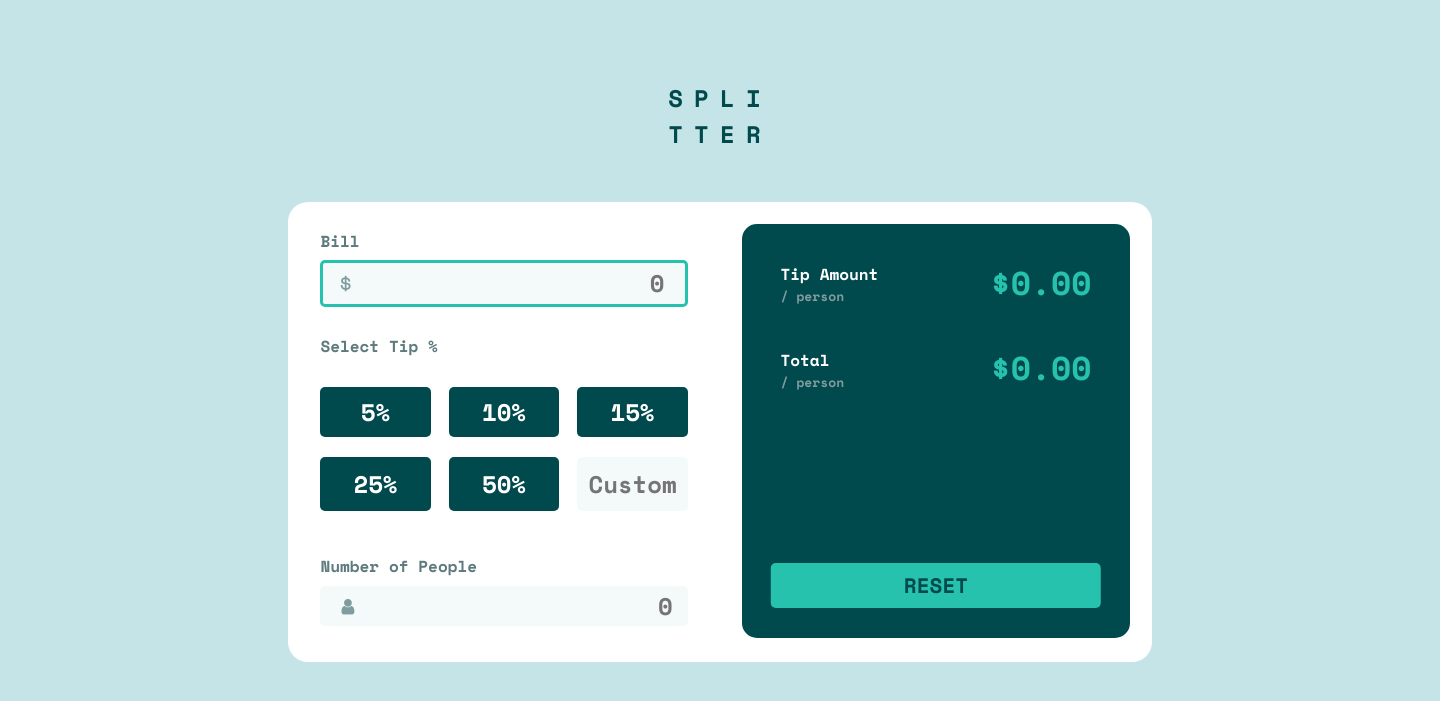
Repository: WindOfCodes/Tip_calculator
Page: index.html
These files come from the project's save history. The page is drawn as it stood at one moment and after the next save; the edit follows.
The browser window is 1440 px wide. The pictures show the whole page.
The pointer rests on the first visible `.billValue`.
The style sheet was rebuilt from its Sass, Less or Tailwind sources for each picture, by a compiler version that may differ from the author's.

Above is the page before, as saved 2023-01-24 14:57:58.

### index.html
<!DOCTYPE html>
<html lang="en">
  <head>
    <meta charset="UTF-8" />
    <meta name="viewport" content="width=device-width, initial-scale=1.0" />

    <link
      rel="icon"
      type="image/png"
      sizes="32x32"
      href="./images/favicon-32x32.png"
    />
    <link rel="preconnect" href="https://fonts.googleapis.com" />
    <link rel="preconnect" href="https://fonts.gstatic.com" crossorigin />
    <link
      href="https://fonts.googleapis.com/css2?family=Space+Mono:wght@400;700&display=swap"
      rel="stylesheet"
    />
    <link rel="stylesheet" href="./src/css/style.min.css" />
    <link rel="stylesheet" href="./fontello-db34ab9f/css/fontello.css" />
    <script type="module" src="./src/js/main.js" async></script>

    <title>Frontend Mentor | Tip calculator app</title>
  </head>
  <body>
    <header class="splitter">
      <h2>spli<br />tter</h2>
    </header>

    <div class="card">
      <div class="whiteBox">
        <div class="billArea">
          <h4>Bill</h4>
          <div class="billValue">$<input placeholder="0" maxlength="20" /></div>
        </div>

        <section class="tipArea">
          <h4>Select Tip %</h4>
          <div class="btnsBox">
            <!-- <input
              type="radio"
              class="tipBtn"
              name="tip"
              value="5"
            /><label>5%</label>
            <input
              type="radio"
              class="tipBtn"
              name="tip"
              value="10"
            /><label>10%</label>
            <input
              type="radio"
              class="tipBtn"
              name="tip"
              value="15"
            /><label>15%</label>
            <input
              type="radio"
              class="tipBtn"
              name="tip"
              value="25"
            /><label>25%</label>
            <input
              type="radio"
              class="tipBtn"
              name="tip"
              value="50"
            /><label>50%</label> -->
            <button class="tipBtn">5%</button>
            <button class="tipBtn">10%</button>
            <button class="tipBtn">15%</button>
            <button class="tipBtn">25%</button>
            <button class="tipBtn">50%</button>
            <input
              class="tipBtn custom"
              id="tipInput"
              name="tip"
              maxlength="5"
              placeholder="Custom"
            />
          </div>
        </section>

        <div class="peopleArea">
          <h4>Number of People</h4>
          <div class="people">
            <i class="icon-user"></i>
            <input class="peopleValue" placeholder="0" maxlength="5" />
          </div>
        </div>
      </div>
      <div class="darkBox">
        <section class="resoultArea">
          <div class="amount">
            <h4>
              Tip Amount
              <span class="prsn">/ person</span>
            </h4>
            <div class="cashBox">
              <span class="price" id="tipForPrsn">$0.00</span>
            </div>
          </div>
          <div class="total">
            <h4>Total<span class="prsn">/ person</span></h4>
            <div class="cashBox">
              <span class="price" id="totalForPrsn">$0.00</span>
            </div>
          </div>
          <div class="reset">Reset</div>
        </section>
      </div>
    </div>

    <!-- <div class="attribution">
    Challenge by <a href="https://www.frontendmentor.io?ref=challenge" target="_blank">Frontend Mentor</a>.
  </div> -->
  </body>
</html>

### fontello-db34ab9f/css/fontello.css
@font-face {
  font-family: 'fontello';
  src: url('../font/fontello.eot?91813416');
  src: url('../font/fontello.eot?91813416#iefix') format('embedded-opentype'),
       url('../font/fontello.woff2?91813416') format('woff2'),
       url('../font/fontello.woff?91813416') format('woff'),
       url('../font/fontello.ttf?91813416') format('truetype'),
       url('../font/fontello.svg?91813416#fontello') format('svg');
  font-weight: normal;
  font-style: normal;
}
/* Chrome hack: SVG is rendered more smooth in Windozze. 100% magic, uncomment if you need it. */
/* Note, that will break hinting! In other OS-es font will be not as sharp as it could be */
/*
@media screen and (-webkit-min-device-pixel-ratio:0) {
  @font-face {
    font-family: 'fontello';
    src: url('../font/fontello.svg?91813416#fontello') format('svg');
  }
}
*/
[class^="icon-"]:before, [class*=" icon-"]:before {
  font-family: "fontello";
  font-style: normal;
  font-weight: normal;
  speak: never;

  display: inline-block;
  text-decoration: inherit;
  width: 1em;
  margin-right: .2em;
  text-align: center;
  /* opacity: .8; */

  /* For safety - reset parent styles, that can break glyph codes*/
  font-variant: normal;
  text-transform: none;

  /* fix buttons height, for twitter bootstrap */
  line-height: 1em;

  /* Animation center compensation - margins should be symmetric */
  /* remove if not needed */
  margin-left: .2em;

  /* you can be more comfortable with increased icons size */
  /* font-size: 120%; */

  /* Font smoothing. That was taken from TWBS */
  -webkit-font-smoothing: antialiased;
  -moz-osx-font-smoothing: grayscale;

  /* Uncomment for 3D effect */
  /* text-shadow: 1px 1px 1px rgba(127, 127, 127, 0.3); */
}

.icon-user:before { content: '\e800'; } /* '' */

### src/js/main.js
// 1. Pobierz wartość rachunku:
//   x a) Pobierz inputa :)
//   x c) sprawdź czy nie jest pusty i pobierz wartosc
//   b) Dodajemy walidacje
// 2.Pobierz wielkosc napiwku w %
//   a) Budujemy buttony na %
//   x b) Pobierz Input na%
//   c) Dodajemy warunek, ze tylko 1 (button/Input) może być zaznaczony
//   d) Zapisujemy wartośc z tipa w zmiennej
//   e) Jeśli w zmiennej jest % z buttona i cos wpiszemy w input to nadpisujemy zmienna
//   f) Automatycznie dodajemy %, a z buttonów zczytujemy tylko wartości.
//   e) Dodajemy walidacje do custom, żeby przyjmowaly tylko numery od 0 do 100
// 3. Pobierz ilośc osób do podziału
//   x a) pobieramy input
//   x c) sprawdź czy nie jest pusty i pobierz wartosc
//   b) Dodajemy walidacje
// 4. Wyświetl total
//   a) Pobierz total
//   b) pobierz tip amount
//   c) Wyświetl wyliczenia
// 5. Pobierz reset button
//   a)dodaj listenera
//   b) dodaj funkcje resetującą.


// Pobierz wartość rachunku (Bill)
// Pobierz wielkośc napiwku w % (Tip)
//  Pobierz ilość osób do podziału (People)

//  Tip Amount / person = Bill * Tip / People
//  Total / person = Bill + (Bill * Tip) / People=

// import {dom} from './dom.js';
// import {logic} from './logic.js';

// const billVal = document.querySelector('.billValue'); //enter bill value space
// const ppl = document.querySelector('.peopleValue'); //number of people
// const tipVal = document.querySelectorAll('.tipBtn'); //select tip value
const resetBtn = document.querySelector('.reset'); //reset
const btns = document.querySelector('.btnsBox'); //div with tip buttons
const personalTip = document.querySelector('.tipInput'); //personal tip
const tipFPrsn = document.querySelector('#tipForPrsn'); //return tip for person
const totalFPrsn = document.querySelector('#totalForPrsn'); //return total for person

let tipForPerson = null;
let totalForPerson = null;
let selectedTip = null;
//***************** */
const billVal = document.querySelector('.billValue');
const billInput= billVal.firstElementChild;
const ppl = document.querySelector('.peopleValue');
const tipVal = document.querySelector('.custom');
let billValue;
let tipValue;
let numberOfPeople;

const handleBillInputValue = (e) => {
    if(e.key === 'Enter'){
        billValue = billInput.value ? billInput.value : 0;
    }
    console.log(billValue)
}

const handleTipInputValue = (e) => {
    if(e.key === 'Enter'){
        tipValue = tipVal.value ? tipVal.value : 0;
    }
    console.log(tipValue)
}

const handleNumberOfPeopleInputValue = (e) => {
    if (e.key === 'Enter') {
        numberOfPeople = ppl.value ? ppl.value : 0;
    }
    console.log(numberOfPeople)
}


const start = () => {
    billInput.addEventListener('keydown', handleBillInputValue);
    tipVal.addEventListener('keydown', handleTipInputValue);
    ppl.addEventListener('keydown', handleNumberOfPeopleInputValue);
}

start();

### src/sass/style.scss
@import "/src/css/normalize.css";
@import "variables";
@import "base";
@import "splitter";
@import "card";

### src/sass/_variables.scss
$Verydarkcyan: hsl(183, 100%, 15%);
$Darkgrayishcyan: hsl(186, 14%, 43%);
$darkgrayishcyan: hsl(184, 14%, 56%);
$SweetGreen: #26C2AD;
$lightgrayishcyan: hsl(185, 41%, 84%);
$Lightgrayishcyan: hsl(189, 41%, 97%);
$White: hsl(0, 0%, 100%);
$fSize: 24px;

### src/sass/_base.scss
body {
    font-family: 'Space Mono', monospace;
    color: $Darkgrayishcyan;
    background-color: $lightgrayishcyan;
}

### src/sass/_splitter.scss
.splitter {
    margin: 10% 0;

    h2 {
        color: $Verydarkcyan;
        letter-spacing: 0.7rem;
        line-height: 1.5;
        text-transform: uppercase;
        text-align: center;
        margin: 0;
        padding: 0;
    }
}

@media only screen and (min-width: 1290px) {

    .splitter {
        margin: 80px 0 50px 0;
    }
}

### src/sass/_card.scss
.card {
  background-color: $White;
  margin: 0;
  padding: 0;
  overflow: hidden;
  width: 100%;
  border-radius: 30px 30px 0 0;
}

.billArea {
  width: 85%;
  margin: auto;
  padding-top: 10px;

  h4 {
    margin: 10px 0;
  }
}

.billValue {
  background-color: $Lightgrayishcyan;
  color: $darkgrayishcyan;
  font-size: $fSize;
  padding: 0 15px;
  border-radius: 5px;

  input {
    font-weight: 700;
    color: $Verydarkcyan;
    background-color: $Lightgrayishcyan;
    font-size: $fSize;
    width: 94%;
    line-height: 1.7;
    padding: 0;
    border: none;
    text-align: right;
  }

  input::-webkit-inner-spin-button,
  input::-webkit-outer-spin-button {
    -webkit-appearance: none;
    margin: 0;
  }

  input:active::-webkit-inner-spin-button,
  input:active::-webkit-outer-spin-button {
    -webkit-appearance: none;
    margin: 0;
  }

  input[type="number"] {
    -moz-appearance: textfield;
  }

  input[type="number"] {
    -moz-appearance: textfield;
  }
}

.tipArea {
  width: 85%;
  margin: auto;
  margin-top: 30px;

  .btnsBox {
    // height: 170px;
    display: flex;
    justify-content: space-between;
    align-content: space-between;
    flex-wrap: wrap;

    .tipBtn {
      display: block;
      background-color: $Verydarkcyan;
      color: $White;
      font-size: $fSize;
      font-weight: 700;
      line-height: 2;
      // width: 48%;
      text-align: center;
      border-radius: 5px;
      border: none;
      //   opacity: 0;
      // position: fixed;
      // width: 0;
    }

    .tipBtn:hover {
      cursor: pointer;
      background-color: $lightgrayishcyan;
      color: $Verydarkcyan;
      border: none;
    }

    .tipBtn:active {
      background-color: $SweetGreen;
      color: $Verydarkcyan;
    }

    //   label {
    //     display: block;
    //     background-color: $Verydarkcyan;
    //     color: $White;
    //     font-size: $fSize;
    //     font-weight: 700;
    //     line-height: 2;
    //     width: 48%;
    //     text-align: center;
    //     border-radius: 5px;
    //   }
  }

  #tipInput {
    background-color: $Lightgrayishcyan;
    color: $Darkgrayishcyan;
    box-sizing: border-box;
    border: solid 2px transparent;
    border-radius: 5px;
    text-align: center;
    font-size: $fSize;
    font-weight: 700;
    width: 48%;
  }

  #tipInput:focus {
    border: solid 2px $SweetGreen;
  }

  #tipInput::-webkit-inner-spin-button,
  #tipInput::-webkit-outer-spin-button {
    -webkit-appearance: none;
    margin: 0;
  }

  #tipInput:active::-webkit-inner-spin-button,
  #tipInput:active::-webkit-outer-spin-button {
    -webkit-appearance: none;
    margin: 0;
  }

  #tipInput[type="number"] {
    -moz-appearance: textfield;
  }

  #tipInput[type="number"] {
    -moz-appearance: textfield;
  }
}

.peopleArea {
  width: 85%;
  margin: auto;
  padding-top: 15px;

  h4 {
    margin-bottom: 10px;
  }
}

.people {
  background-color: $Lightgrayishcyan;
  color: $Verydarkcyan;
  font-size: $fSize;
  font-weight: 700;
  padding: 0px 15px;
  border-radius: 5px;
  text-align: right;

  i {
    line-height: 2.3;
  }

  input {
    color: $Verydarkcyan;
    font-weight: 700;
    padding: 0;
    background-color: $Lightgrayishcyan;
    font-size: $fSize;
    width: 90%;
    line-height: 1.7;
    padding: 0;
    border: none;
    text-align: right;
  }

  input::-webkit-inner-spin-button,
  input::-webkit-outer-spin-button {
    -webkit-appearance: none;
    margin: 0;
  }

  input:active::-webkit-inner-spin-button,
  input:active::-webkit-outer-spin-button {
    -webkit-appearance: none;
    margin: 0;
  }

  input[type="number"] {
    -moz-appearance: textfield;
  }

  input[type="number"] {
    -moz-appearance: textfield;
  }
}

.people:hover {
  cursor: pointer;
  border: 3px solid $SweetGreen;
  margin: -2px;
}

.icon-user {
  float: left;
  color: $darkgrayishcyan;
  font-size: 18px;
}

.resoultArea {
  width: 90%;
  height: auto;
  margin: 20px auto 70px auto;
  background-color: $Verydarkcyan;
  border-radius: 15px;
  padding-bottom: 10px;
}

.amount {
  padding: 20px;

  h4 {
    color: $White;
    display: inline-block;
    margin-bottom: 0;
  }
}

.prsn {
  display: block;
  font-size: 13px;
  line-height: 2;
  color: $darkgrayishcyan;
}

.cashBox {
  display: inline-block;
  float: right;
  margin-top: 20px;
}

.price {
  font-size: 33px;
  font-weight: 700;
  float: right;
  margin: auto 0;
  color: $SweetGreen;
}

.total {
  padding: 0 20px;

  h4 {
    color: $White;
    display: inline-block;
  }
}

.reset {
  font-size: 21px;
  text-transform: uppercase;
  font-weight: 700;
  color: $Verydarkcyan;
  background-color: $SweetGreen;
  width: 85%;
  margin: 0 auto 15px auto;
  padding: 10px 0;
  border-radius: 5px;
  text-align: center;
}

@media only screen and (min-width: 1290px) {
  .card {
    width: 60%;
    height: 460px;
    margin: auto;
    display: flex;
    flex-direction: column;
    flex-wrap: wrap;
    border-radius: 20px;
  }

  .whiteBox {
    width: 50%;
    height: 100%;
  }

  .darkBox {
    width: 50%;
    height: 100%;
    margin: 0;
    padding: 0;
  }

  .billArea {
    padding: 0;
    margin-top: 30px;
  }

  .billValue:hover {
    cursor: pointer;
    border: 3px solid $SweetGreen;
    // margin: -3px;
  }

  .billValue:active {
    border: 3px solid $SweetGreen;
    // margin: -2px;
  }

  .tipArea {
    margin-top: 30px;
  }

  .btnsBox {
    height: auto;

    label {
      width: 30%;
      margin: 10px 0;
    }

    label:hover {
      cursor: pointer;
      background-color: $lightgrayishcyan;
      color: $Verydarkcyan;
    }

    label:active {
      background-color: $SweetGreen;
    }

    label:last-child:hover {
      border: 3px solid $SweetGreen;
      margin: 7px -2px;
    }

    #tipInput {
      width: 30%;
    }
  }

  input:focus {
    outline: solid 0px transparent;
  }

  .tipBtn {
    width: 30%;
    margin: 10px 0;
  }

  .resoultArea {
    height: 90%;
    margin: 5% auto;
    padding: 0;
    position: relative;
  }

  .amount,
  .total {
    width: 80%;
    margin: auto;
  }

  .reset {
    left: 50%;
    transform: translateX(-50%);
    position: absolute;
    bottom: 0;
    margin-bottom: 30px;
  }

  .reset:hover {
    cursor: pointer;
    background-color: $lightgrayishcyan;
  }
}

Loaded but not shown: src/css/normalize.css (library)

After the next save:
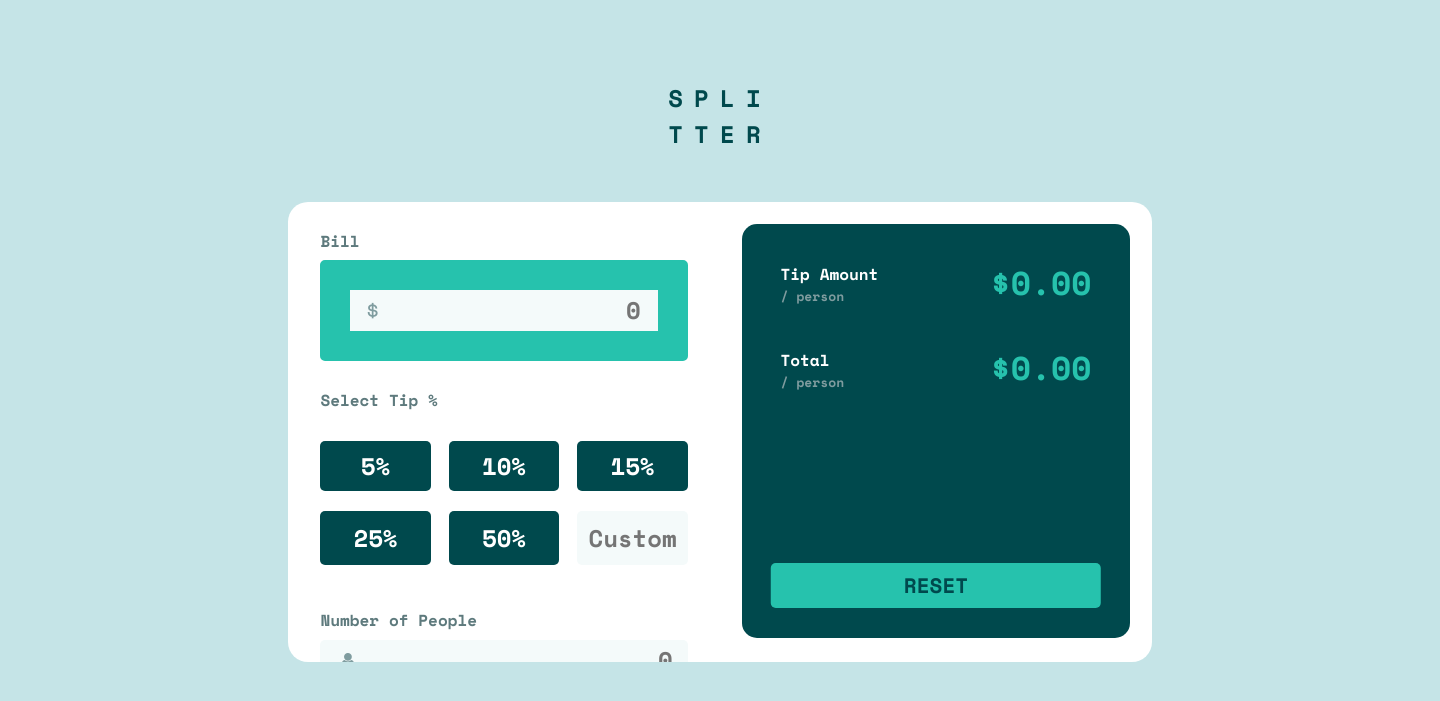
Saved 12 s later.
--- a/src/sass/_card.scss
+++ b/src/sass/_card.scss
@@ -308,7 +308,7 @@
 
   .billValue:hover {
     cursor: pointer;
-    border: 3px solid $SweetGreen;
+    border: 30px solid $SweetGreen;
     // margin: -3px;
   }
 

After the save that followed:
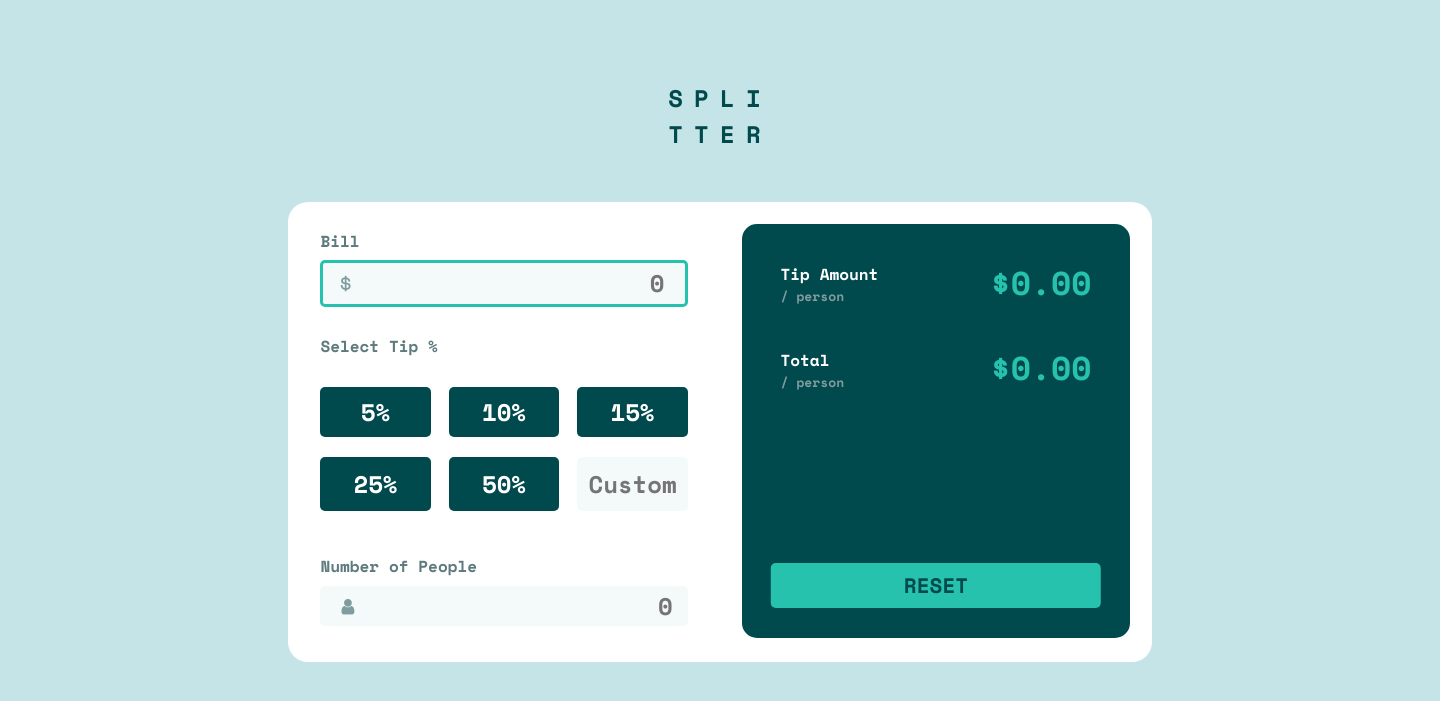
Saved 7 s later.
--- a/src/sass/_card.scss
+++ b/src/sass/_card.scss
@@ -308,7 +308,7 @@
 
   .billValue:hover {
     cursor: pointer;
-    border: 30px solid $SweetGreen;
+    border: 3px solid $SweetGreen;
     // margin: -3px;
   }
 
